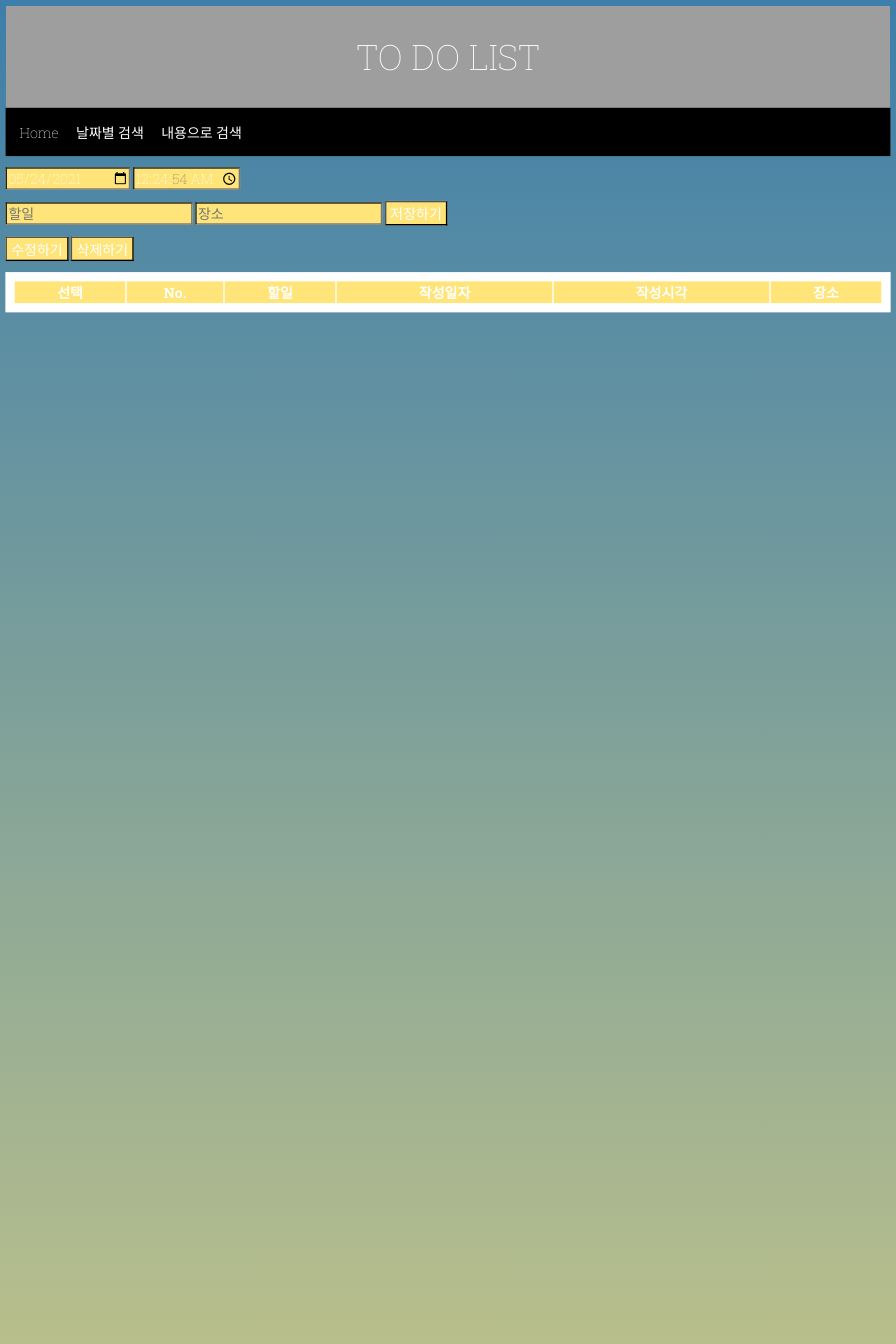
Repository: kimyoungjin98/Exam_Project
Page: http://localhost/Server_PR_TodoList/
These files come from the project's save history. The page is drawn as it stood at one moment and after the next save; the edit follows.
The browser window is 1280 px wide. The pictures show the part of the page from y = 0 to 1920 px (the page is 3017 px tall), at 70% of full size.
Pictures or frames that could not be fetched are drawn as grey boxes. Some web fonts or font styles are not loaded; a fallback is used. The page is served by Tomcat 9. Other server files are loaded and not shown. Queries for data that is not in the repository find no rows.

Above is the page before, as saved 2021-05-25 04:26:42.

### Server_PR_TodoList/src/main/webapp/WEB-INF/views/home.jsp
<%@ page language="java" contentType="text/html; charset=UTF-8"
    pageEncoding="UTF-8"%>
<%@ taglib uri="http://java.sun.com/jsp/jstl/core" prefix="c"%>
<c:set value="${pageContext.request.contextPath}" var="rootPath" />
<!DOCTYPE html>
<html>

<head>
<meta charset="UTF-8">
<title>어서오세요</title>
</head>
<script>
document.addEventListener("DOMContentLoaded",function(ev){

	document.querySelector("body")
	.addEventListener("click", function(ev){

		let tag = ev.target.tagName
		let content = ev.target.textContent


		if(tag == "TD"){

			let seq = ev.target.closest("TR").dataset.seq

			document.location.href="${rootPath}/todo/view?td_seq=" + seq

		}

		if(content == "수정하기"){

			alert("ㅎㅇ")

			if($("input:checkbox[name=is_check]:checked").length > 1){
				alert("수정하기는 1개만 선택하세요")

				return false;
			}

		}



	})

})


</script>
<style>

body {
	background:linear-gradient(to bottom, #3d7eaa, #ffe47a);
	background-repeat: repeat-x;
	padding-bottom:200%

}

@import url('https://fonts.googleapis.com/css2?family=Nanum+Myeongjo&family=Roboto+Slab:wght@100;600&display=swap');
* {
		font-family: 'Nanum Myeongjo', serif;
		font-family: 'Roboto Slab', serif;
	}

table {
	width:100%;
	text-align: center;
	margin:3px auto;
	font-size:20px;
	padding:10px;
	background-color: white;
	border:1px solid white;

}

table td{
	cursor:pointer;
	padding:5-%;


}

table td:hover{
	background-color: #ffe47a;
	opacity: 0.5;
}

table div{
	border:1px solid #ffe47a;

}

table th{
	background-color:#ffe47a;
	color:white;

}

input{
		background-color: #ffe47a;
		color:white;
		font-size:20px;
		cursor:pointer;
}


</style>
<body>

	<%@ include file="/WEB-INF/views/banner.jsp" %>
	<p>
	<%@ include file="/WEB-INF/views/write.jsp" %>
	<p>

	<input type="submit" value="수정하기" class="update"></input>
	<input type="submit" value="삭제하기" class="delete"></input>

		<table>
		<div>
		<th>선택</th>
		<th>No.</th>
		<th>할일</th>
		<th>작성일자</th>
		<th>작성시각</th>
		<th>장소</th>
		</div>

		<c:forEach items="${TDLIST}" var="TD" varStatus="index">
			<tr data-seq="${TD.td_seq}">

			<td><input type="checkbox" value="${TD.td_seq}" name="list">
				<td>${index.count}</td>
				<td>${TD.td_content}</td>
				<td>${TD.td_date}</td>
				<td>${TD.td_time}</td>
				<td>${TD.td_place}</td>
			</tr>

		</c:forEach>

	</table>

</body>
</html>

### Server_PR_TodoList/src/main/webapp/WEB-INF/views/banner.jsp
<%@ page language="java" contentType="text/html; charset=UTF-8"
    pageEncoding="UTF-8"%>
<%@ taglib uri="http://java.sun.com/jsp/jstl/core" prefix="c"%>
<c:set value="${pageContext.request.contextPath}" var="rootPath" />
<!DOCTYPE html>
<html>
<head>
<meta charset="UTF-8">
<title>Insert title here</title>
</head>
<script type="text/javascript">
document.addEventListener("DOMContentLoaded", function(){
	document.querySelector("nav").addEventListener("click",function(ev){

		let name = ev.target.textContent

		if(name == "Home"){

			document
			.location
			.href="${rootPath}"


		}


	})

})

</script>
<style>
@import url('https://fonts.googleapis.com/css2?family=Nanum+Myeongjo&family=Roboto+Slab:wght@100;600&display=swap');
* {
		font-family: 'Nanum Myeongjo', serif;
		font-family: 'Roboto Slab', serif;
	}

nav li:hover {

	cursor:pointer;

}

h1 {
	margin:auto;
	text-align: center;
	font-size:50px;
	background-image:url("https://mblogthumb-phinf.pstatic.net/20150905_10/unesco1128_1441440039203ranAH_GIF/9.gif?type=w2");
	background-size:cover;
	background-repeat:repeat-x;

	color:white;
	padding:40px;
	font-weight: lighter;

}

nav {

	background:black;

	color:white;

	font-size:20px;


}

nav ul{
	margin:0px;
	padding:10px;
}

nav li{
	display:inline-block;
	list-style:none;
	padding:10px;
	margin:0;
}


</style>
<body>
	<h1>TO DO LIST</h1>

	<nav>
	<ul>
	<li>Home</li>
	<li>날짜별 검색</li>
	<li >내용으로 검색</li>

	</ul>


	</nav>
</body>
</html>

### Server_PR_TodoList/src/main/webapp/WEB-INF/views/write.jsp
<%@ page language="java" contentType="text/html; charset=UTF-8"
    pageEncoding="UTF-8"%>
<%@ taglib uri="http://java.sun.com/jsp/jstl/core" prefix="c"%>
<c:set value="${pageContext.request.contextPath}" var="rootPath" />
<!DOCTYPE html>
<html>
<head>
<meta charset="UTF-8">
<title>Insert title here</title>
</head>
<script type="text/javascript">
document.addEventListener("DOMContentLoaded", function(ev){
	document.querySelector("button")
	.addEventListener("click",function(ev){

		let name = ev.target.className

		let td_date = document.querySelector("input[name='td_date']")
		let td_time = document.querySelector("input[name='td_time']")
		let td_content = document.querySelector("input[name='td_content']")
		let td_place = document.querySelector("input[name='td_place']")

		if(td_content.value == ""){

			alert("할일을 입력하세요 !")

			return false;
			}

			document.querySelector("form").submit();

	})

})

</script>
<style>




@import url('https://fonts.googleapis.com/css2?family=Nanum+Myeongjo&family=Roboto+Slab:wght@100;600&display=swap');
.jm-font {
		font-family: 'Nanum Myeongjo', serif;
	font-family: 'Roboto Slab', serif;
	}

	label{
		font-size:20px;
	}

	input{
		font-size:20px;
	}

	button{
		background-color: #ffe47a;
		color:white;
		font-size:20px;
		cursor:pointer;
	}





</style>
<body>



	<form method="POST" class="1">

	<input name="td_date" placeholder="작성일자" type="date" value="${TD.td_date}">
	<input name="td_time" placeholder="작성시각" type="time" value="${TD.td_time}"><p>
	<input name="td_content" placeholder="할일" value="${TD.td_content}"></input>
	<input name="td_place" placeholder="장소" value="${TD.td_place}">

		<button type="button">저장하기</button>
	</form>

</body>
</html>

### Server_PR_TodoList/src/main/java/com/callor/todo/controller/HomeController.java
package com.callor.todo.controller;

import java.io.IOException;
import java.text.SimpleDateFormat;
import java.util.Date;
import java.util.List;

import javax.servlet.ServletException;
import javax.servlet.annotation.WebServlet;
import javax.servlet.http.HttpServlet;
import javax.servlet.http.HttpServletRequest;
import javax.servlet.http.HttpServletResponse;

import com.callor.todo.model.TodoVO;
import com.callor.todo.service.TodoService;
import com.callor.todo.service.impl.TodoServiceImplV1;

@WebServlet("/")
public class HomeController extends HttpServlet{

	protected TodoService tdService;

	public HomeController() {

		tdService = new TodoServiceImplV1();

	}

	@Override
	protected void doGet(HttpServletRequest req, HttpServletResponse resp) throws ServletException, IOException {


		List<TodoVO> tdList = tdService.selectAll();

		req.setAttribute("TDLIST", tdList);

		SimpleDateFormat sDate = new SimpleDateFormat("yyyy-MM-dd");
		SimpleDateFormat sTime = new SimpleDateFormat("HH:mm:ss");
		Date date = new Date(System.currentTimeMillis());

		TodoVO tdVO = new TodoVO();

		tdVO.setTd_date(sDate.format(date));
		tdVO.setTd_time(sTime.format(date));

		req.setAttribute("TD", tdVO);

		ReqController.forward(resp, req, "home");

	}

	@Override
	protected void doPost(HttpServletRequest req, HttpServletResponse resp) throws ServletException, IOException {


		req.setCharacterEncoding("UTF-8");

		String td_date = req.getParameter("td_date");
		String td_content = req.getParameter("td_content");
		String td_time = req.getParameter("td_time");
		String td_place = req.getParameter("td_place");

		TodoVO tdVO = new TodoVO();

		tdVO.setTd_content(td_content);
		tdVO.setTd_date(td_date);
		tdVO.setTd_place(td_place);
		tdVO.setTd_time(td_time);

		tdService.insert(tdVO);

		System.out.println(tdVO.toString());

		resp.sendRedirect("/todo/");

	}

}

### Server_PR_TodoList/src/main/java/com/callor/todo/service/impl/TodoServiceImplV1.java
package com.callor.todo.service.impl;

import java.sql.Connection;
import java.sql.PreparedStatement;
import java.sql.ResultSet;
import java.sql.SQLException;
import java.util.ArrayList;
import java.util.List;

import com.callor.todo.config.DBConnect;
import com.callor.todo.model.TodoVO;
import com.callor.todo.service.TodoService;
import com.mysql.cj.x.protobuf.MysqlxPrepare.Prepare;

public class TodoServiceImplV1 implements TodoService {

	protected Connection dbConn;

	public TodoServiceImplV1() {

		dbConn = DBConnect.getDB();

	}

	protected List<TodoVO> select(PreparedStatement pStr) throws SQLException {

		List<TodoVO> tdList = new ArrayList<TodoVO>();
		ResultSet rSet = pStr.executeQuery();

		while (rSet.next()) {

			TodoVO tdVO = new TodoVO();

			tdVO.setTd_content(rSet.getString("td_content"));
			tdVO.setTd_date(rSet.getString("td_date"));
			tdVO.setTd_place(rSet.getString("td_place"));
			tdVO.setTd_time(rSet.getString("td_time"));
			tdVO.setTd_seq(rSet.getLong("td_seq"));
			tdList.add(tdVO);

		}

		return tdList;
	}

	@Override
	public List<TodoVO> selectAll() {
		// TODO Auto-generated method stub

		String sql = " SELECT * FROM tbl_todo ";

		PreparedStatement pStr = null;

		try {

			pStr = dbConn.prepareStatement(sql);
			List<TodoVO> tdList = this.select(pStr);


			return tdList;

		} catch (SQLException e) {
			// TODO Auto-generated catch block
			e.printStackTrace();
		}

		return null;
	}

	@Override
	public TodoVO findById(Long td_seq) {
		// TODO Auto-generated method stub

		String sql = " SELECT * FROM tbl_todo ";
		sql += " WHERE td_seq = ? ";

		PreparedStatement pStr = null;

		try {
			pStr = dbConn.prepareStatement(sql);
			pStr.setLong(1, td_seq);

			List<TodoVO> tdList = this.select(pStr);

			if(tdList != null && tdList.size() > 0) {

				return tdList.get(0);
			}

		} catch (SQLException e) {
			// TODO Auto-generated catch block
			e.printStackTrace();
		}

		return null;
	}

	@Override
	public Integer insert(TodoVO tdVO) {
		// TODO Auto-generated method stub

		String sql = " INSERT INTO tbl_todo ";
		sql += " (td_content, td_date, td_time, td_place) ";
		sql += " VALUES(?,?,?,?) ";

		PreparedStatement pStr = null;

		try {
			pStr = dbConn.prepareStatement(sql);
			pStr.setString(1, tdVO.getTd_content());
			pStr.setString(2, tdVO.getTd_date());
			pStr.setString(3, tdVO.getTd_time());
			pStr.setString(4, tdVO.getTd_place());

			return pStr.executeUpdate();



		} catch (SQLException e) {
			// TODO Auto-generated catch block
			e.printStackTrace();
		}

		return null;
	}

	@Override
	public Integer update(TodoVO tdVO) {
		// TODO Auto-generated method stub

		String sql = " UPDATE tbl_todo SET ";
		sql += " td_content = ?, ";
		sql += " td_date = ?, ";
		sql += " td_time = ?, ";
		sql += " td_place = ? ";
		sql += " WHERE td_seq = ? ";

		PreparedStatement pStr = null;

		try {
			pStr = dbConn.prepareStatement(sql);
			pStr.setString(1, tdVO.getTd_content());
			pStr.setString(2, tdVO.getTd_date());
			pStr.setString(3, tdVO.getTd_time());
			pStr.setString(4, tdVO.getTd_place());
			pStr.setLong(5, tdVO.getTd_seq());


			return pStr.executeUpdate();


		} catch (SQLException e) {
			// TODO Auto-generated catch block
			e.printStackTrace();
		}

		return null;
	}

	@Override
	public Integer delete(Long td_seq) {
		// TODO Auto-generated method stub

		String sql = " DELETE FROM tbl_todo ";
		sql += " WHERE td_seq = ? ";

		PreparedStatement pStr = null;

		try {
			pStr = dbConn.prepareStatement(sql);
			pStr.setLong(1, td_seq);

			return pStr.executeUpdate();
		} catch (SQLException e) {
			// TODO Auto-generated catch block
			e.printStackTrace();
		}



		return null;
	}

}

### Server_PR_TodoList/src/main/java/com/callor/todo/config/DBConnect.java
package com.callor.todo.config;

import java.sql.Connection;
import java.sql.DriverManager;
import java.sql.SQLException;

public class DBConnect {

	private static Connection dbConn;

	static {

		String driver = "com.mysql.cj.jdbc.Driver";
		String url = "jdbc:mysql://localhost:3306/todo";
		String user = "todoList";
		String pw = "1234";

		try {
			Class.forName(driver);

			if (dbConn == null) {
				dbConn = DriverManager.getConnection(url, user, pw);
			}

			System.out.println("DB 접속 성공");

		} catch (ClassNotFoundException e) {
			// TODO Auto-generated catch block
			e.printStackTrace();
		} catch (SQLException e) {
			// TODO Auto-generated catch block
			e.printStackTrace();
		}

	}

	public static Connection getDB() {

		return dbConn;
	}

}

### Server_PR_TodoList/src/main/java/com/callor/todo/model/TodoVO.java
package com.callor.todo.model;

import lombok.AllArgsConstructor;
import lombok.Getter;
import lombok.NoArgsConstructor;
import lombok.Setter;
import lombok.ToString;

@Getter
@Setter
@ToString
@AllArgsConstructor
@NoArgsConstructor
public class TodoVO {

	private Long td_seq;
	private String td_place;
	private String td_date;
	private String td_time;
	private String td_content;

}

### Server_PR_TodoList/src/main/java/com/callor/todo/controller/ReqController.java
package com.callor.todo.controller;

import java.io.IOException;

import javax.servlet.ServletException;
import javax.servlet.http.HttpServlet;
import javax.servlet.http.HttpServletRequest;
import javax.servlet.http.HttpServletResponse;

public class ReqController extends HttpServlet{

	public static void forward(HttpServletResponse res, HttpServletRequest req, String file) throws ServletException, IOException {

		String root = "/WEB-INF/views/" + file + ".jsp";

		req.getRequestDispatcher(root).forward(req, res);

	}

}

After the next save:
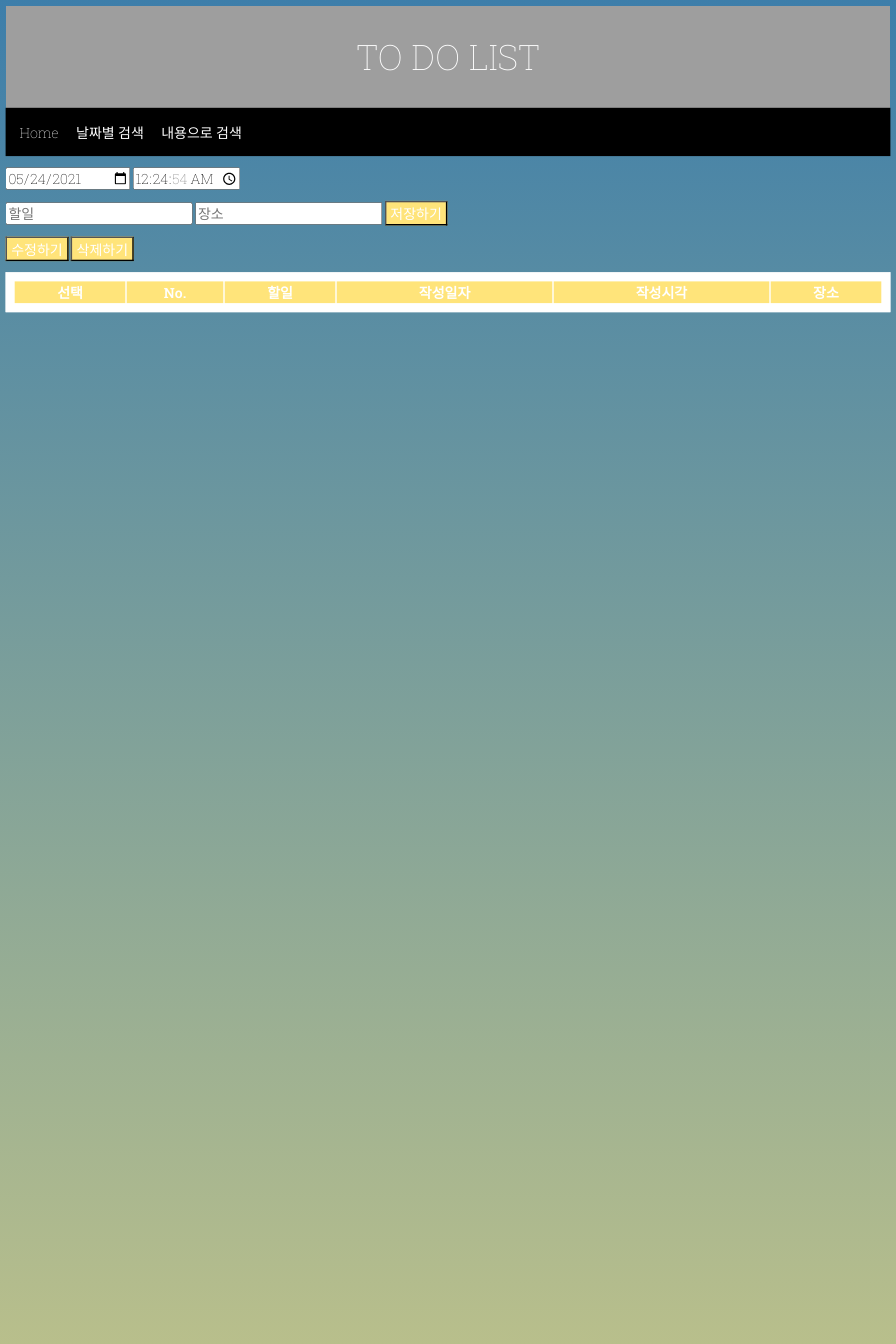
Saved 17 s later.
--- a/Server_PR_TodoList/src/main/webapp/WEB-INF/views/home.jsp
+++ b/Server_PR_TodoList/src/main/webapp/WEB-INF/views/home.jsp
@@ -96,7 +96,7 @@ table th{
 
 }
 
-input{
+input.update , input.delete{
 		background-color: #ffe47a;
 		color:white;
 		font-size:20px;
